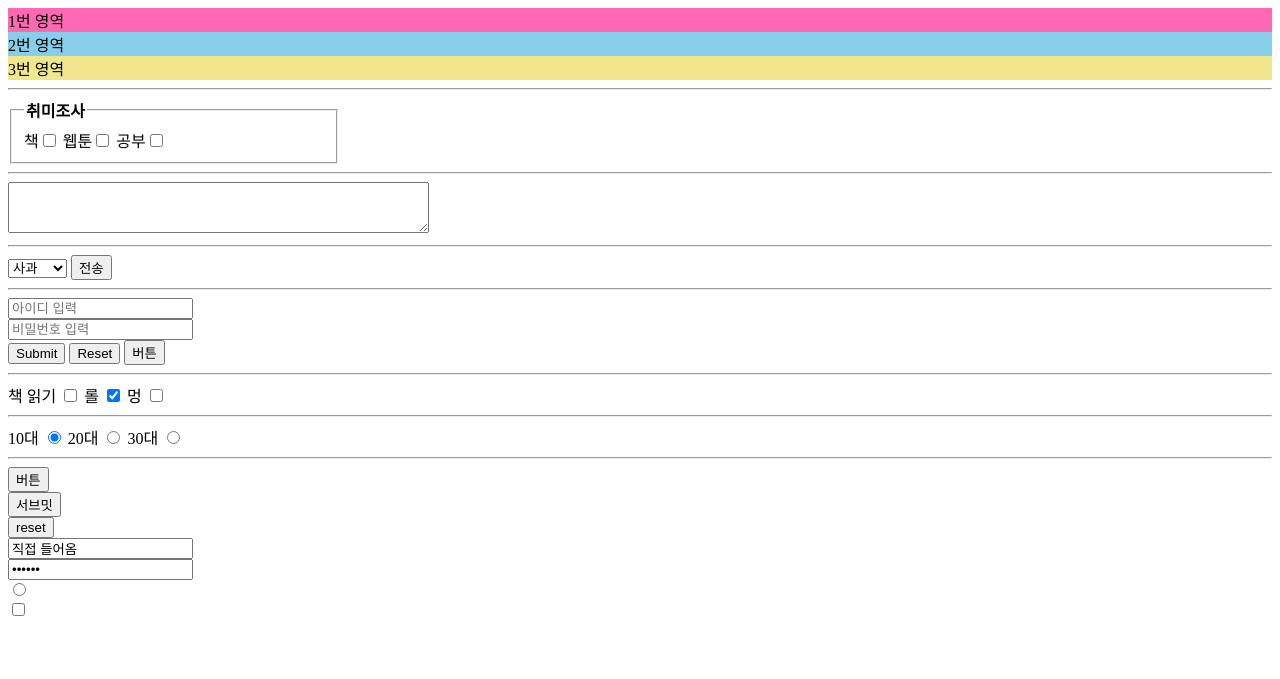
Repository: basstpgns/20201029html
Page: jsp/html/test02.html
These files come from the project's save history. The page is drawn as it stood at one moment and after a run of saves; the edit follows.
The browser window is 1280 px wide. The pictures show the whole page.

Above is the page before, as saved 2020-10-30 01:47:53.

After the next 2 saves:
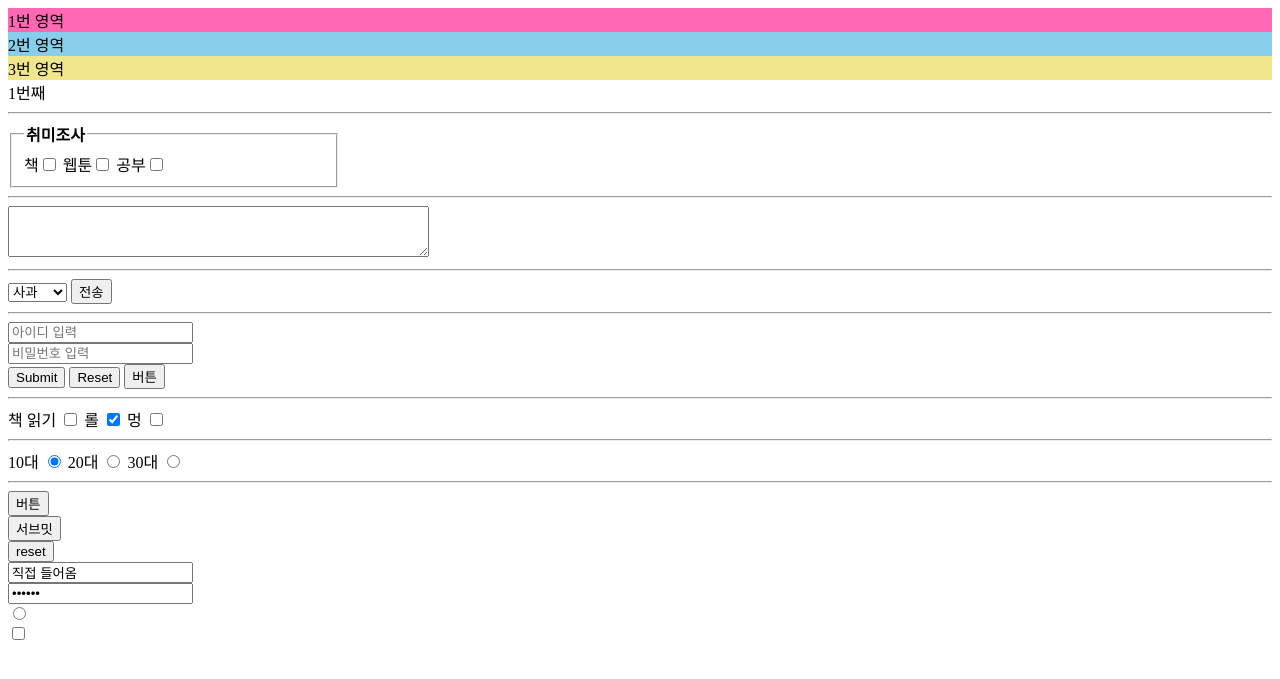
The 2 saves are shown as one change because they came seconds apart.
The last was saved 66 s later.
--- a/jsp/html/test02.html
+++ b/jsp/html/test02.html
@@ -8,6 +8,7 @@
 	<div style="background-color: hotpink;">1번 영역</div><!-- 블록 단위로 구분 -->
 	<div style="background-color: skyblue;">2번 영역</div>
 	<div style="background-color: khaki;">3번 영역</div>
+	<span>1번째</span>
 	<hr>
 	<fieldset style="width: 300px;">
 		<legend>
